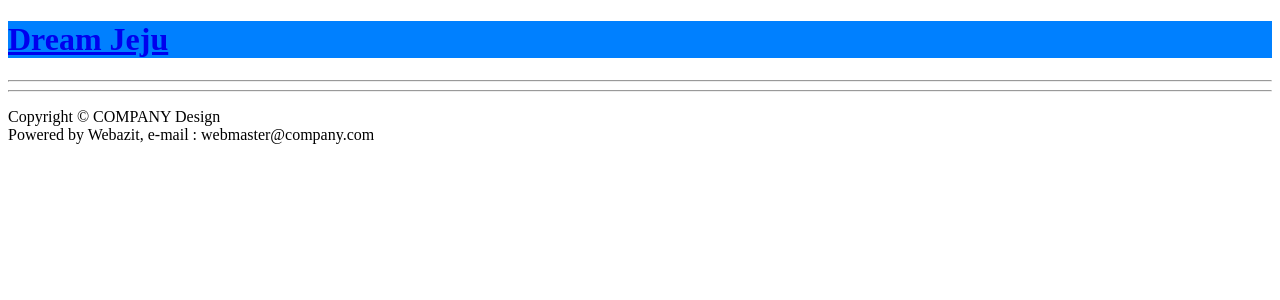
Repository: Gmajorlist/HTML
Page: webProject/src/main/webapp/index.html
These files come from the project's save history. The page is drawn as it stood at one moment and after the next save; the edit follows.
The browser window is 1280 px wide. The pictures show the whole page.

Above is the page before, as saved 2023-03-22 08:47:58.

### webProject/src/main/webapp/index.html
<!DOCTYPE html>
<html>
<head>
<meta charset="UTF-8">
<title>Insert title here</title>
<link rel="stylesheet" href="style.css">
</head>
<body>
<div id="wrap">
	<div id="header" style="background-color:#0080FF;">
		<h1 class="logo"><a href="#">Dream Jeju</a></h1>


	</div><!-- //header -->
	<hr>


		</div>
	</div>
	<hr>

	<div id="footer">
		<dl class="btmnav">

		</dl>

		<p class="copy">
			Copyright &copy; COMPANY Design<br>
			Powered by Webazit, e-mail : webmaster@company.com
		</p>
	</div>
</div>
</body>
</html>

<!--

dl 설명 목록
dt 용어
dd 설명

 -->

### webProject/src/main/webapp/css/style.css
@charset "UTF-8";
@import url('http://fonts.googleapis.com/css2?famaily=Merienda:wght@700&display=swap');
h1, lis{
	color: aliceblue;
}

After the next save:
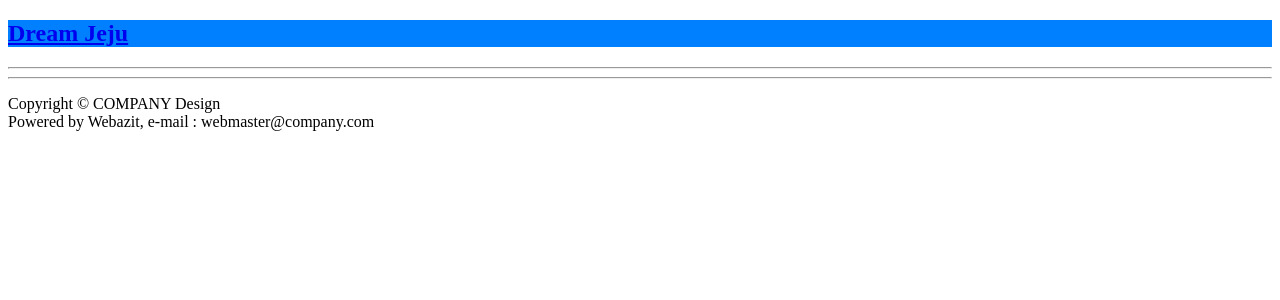
Saved 2 min 33 s later.
--- a/webProject/src/main/webapp/index.html
+++ b/webProject/src/main/webapp/index.html
@@ -8,7 +8,7 @@
 <body>
 <div id="wrap">
 	<div id="header" style="background-color:#0080FF;">
-		<h1 class="logo"><a href="#">Dream Jeju</a></h1>
+		<h2 class="logo"><a href="#">Dream Jeju</a></h2>
 
 
 	</div><!-- //header -->
